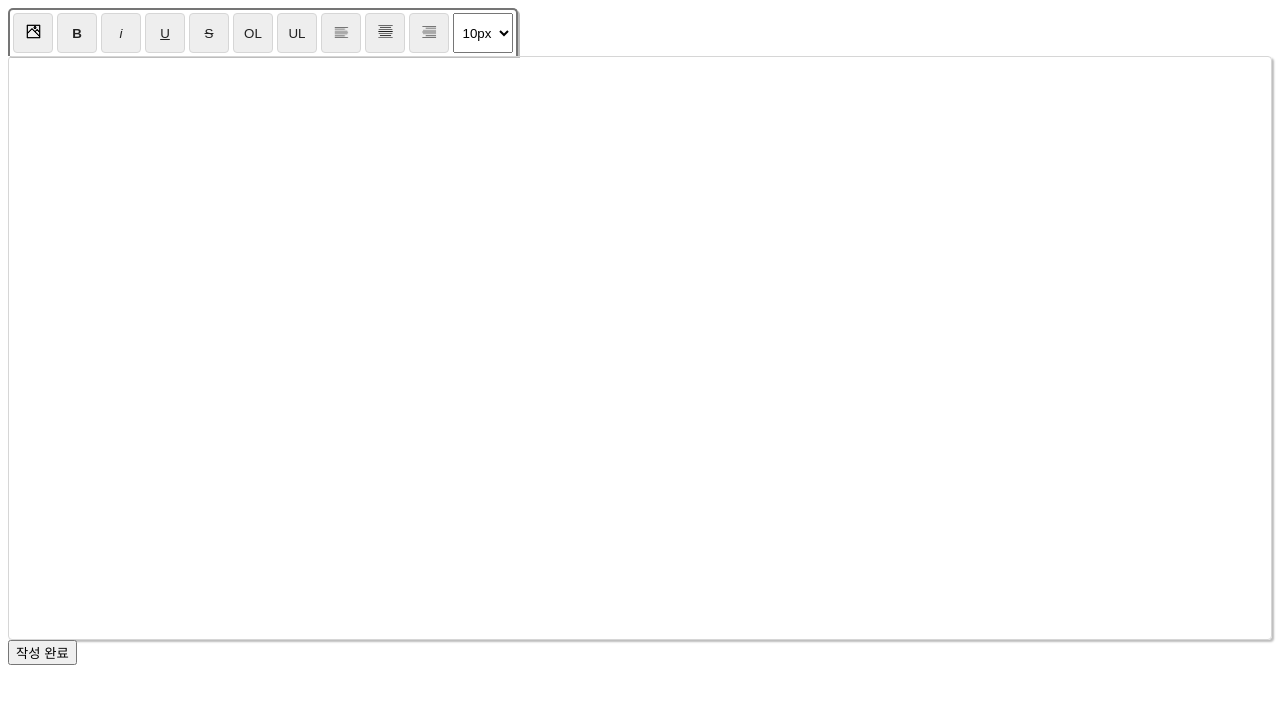
Repository: GOHO97/Haheeho
Page: http://localhost/Haheeho_Adblock/WEB-INF/views/board/boardWrite.jsp
These files come from the project's save history. The page is drawn as it stood at one moment and after the next save; the edit follows.
The browser window is 1280 px wide. The pictures show the whole page.
The page is served by Tomcat 9. Nobody is signed in. Other server files are loaded and not shown. The template is opened directly, without the code that normally fills it, so the values that code supplies are empty.

Above is the page before, as saved 2022-11-04 02:24:33.
Console error: TypeError: Cannot read properties of null (reading 'addEventListener')

### Haheeho_Adblock/src/main/webapp/WEB-INF/views/board/boardWrite.jsp
<%@ page language="java" contentType="text/html; charset=UTF-8"
    pageEncoding="UTF-8"%>
<!DOCTYPE html>
<html>
<head>
<meta charset="UTF-8">
<title>Insert title here</title>
<link rel="stylesheet" href="resources/css/boardWrite.css">
</head>
<body>
	<table id="editor-menu">
		<tr>
			<td align="center">
				<button id="btn-image">
					<img src="resources/img/images.png" id="images-img">
				</button>
				<input id="imgSelector" type="file" accept="image/*"/>
			</td>
			<td align="center">
				<button id="btn-bold">
					<b>B</b>
				</button>
			</td>
			<td align="center">
				<button id="btn-italic">
					<i>i</i>
				</button>
			</td>
			<td align="center">
				<button id="btn-underline">
					<u>U</u>
				</button>
			</td>
			<td align="center">
				<button id="btn-strike">
					<s>S</s>
				</button>
			</td>
			<td align="center">
				<button id="btn-ordered-list">
					OL
				</button>
			</td>
			<td align="center">
				<button id="btn-unordered-list">
					UL
				</button>
			</td>
			<td align="center">
				<button id="btn-align-left">
					<img src="resources/img/font_left.png" id="btn-align-left-img">
				</button>
			</td>
			<td align="center">
				<button id="btn-align-center">
					<img src="resources/img/font_center.png" id="btn-align-center-img">
				</button>
			</td>
			<td align="center">
				<button id="btn-align-right">
					<img src="resources/img/font_right.png" id="btn-align-right-img">
				</button>
			</td>
			<td>
				<select id="select-fontSize">
					<option value="1">10px</option>
					<option value="2">13px</option>
					<option value="3">16px</option>
					<option value="4">18px</option>
					<option value="5">24px</option>
					<option value="6">32px</option>
					<option value="7">48px</option>
				</select>
			</td>
		</tr>
	</table>
	<div contenteditable="true" id="boardEditor">

	</div>
	<div>
		<button>작성 완료</button>
	</div>
</body>
<script type="text/javascript" src="resources/js/boardEditor.js"></script>
<script type="text/javascript" src="resources/js/boardWrite.js"></script>
</html>

### Haheeho_Adblock/src/main/webapp/resources/css/boardWrite.css
@charset "UTF-8";

#boardEditor {
    margin-left: auto;
    margin-right: auto;
    padding: 16px 24px;
    border: 1px solid #D6D6D6;
    border-radius: 4px;
    box-shadow: 2px 2px 2px #BDBDBD;
    height: 550px;
    overflow: scroll;

}

#imgSelector{
    display: none;
}

#btn-image, #btn-bold, #btn-italic, #btn-underline, #btn-strike, #btn-ordered-list, #btn-unordered-list, #btn-align-left, #btn-align-center, #btn-align-right{
    width: 40px;
    height: 40px;
    text-align: center;
    background-color: #EEEEEE;
    border: 1px solid #D6D6D6;
    border-radius: 4px;
    color: #212121;
}

#btn-image:hover, #btn-bold:hover, #btn-italic:hover, #btn-underline:hover, #btn-strike:hover, #btn-ordered-list:hover, #btn-unordered-list:hover, #btn-align-left:hover, #btn-align-center:hover, #btn-align-right:hover{
	cursor: pointer;
}

#btn-align-left-img, #btn-align-center-img, #btn-align-right-img, #images-img{
    max-width: 15px;
}

#select-fontSize{
    width: 60px;
    height: 40px;
    text-align: center;
}

#editor-menu{
	border-top: 2px solid #757575;
	border-left: 2px solid #757575;
	border-right: 2px solid #757575;
	border-top-left-radius: 5px;
	border-top-right-radius: 5px;
	box-shadow: 2px 2px #BDBDBD;
	margin-right: 250px;
	margin-top: 8px;
}

#boardSubmitDiv{
	margin-left: 550px;
}

#boardWriteButton, #boardModifyButton, #cancelModifyButton{
	background-color: #EF5E5A;
	border: none;
	font-family: "b";
	font-size: 20px;
	color: #FFE164;
	border-bottom-left-radius: 5px;
	border-bottom-right-radius: 5px;
}

#boardWriteButton:hover, #boardModifyButton:hover, #cancelModifyButton:hover{
	cursor: pointer;
	color: #FFE16480;
}

#b_title{
	width: 830px;
	height: 30px;
	outline-style: none;
	border-radius: 4px;
	border-color: #EFEFEB;
}


/********************* boardContent **********************/

#contentTable{
	width: 95%;
	height: 95%;
	border-spacing: 0;
}

#contentTd{
	width: 90%;
	height: 550px;
}

#contentTitleTd{
	font-size: 25px;
	font-weight: 5px;
	background-color: #FFE164;
	border-top-left-radius: 5px;
	border-top-right-radius: 5px;
}

#contentUnTd{
	border-left: 2px solid #FFE164;
	border-bottom: 2px solid #FFE164;
	border-bottom-left-radius: 5px;
}

#contentDateTd{
	border-right: 2px solid #FFE164;
	border-bottom: 2px solid #FFE164;
	border-bottom-right-radius: 5px;
}

#contentDiv{
	margin-left: auto;
    margin-right: auto;
    padding: 16px 24px;
    border: 1px solid #D6D6D6;
    border-radius: 4px;
    box-shadow: 2px 2px 2px #BDBDBD;
    height: 550px;
    overflow: scroll;
}

#contentModifyButton{
	margin-left: 50px;
	background-color: #EF5E5A;
	border: none;
	font-family: "b";
	font-size: 20px;
	color: #FFE164;
	border-bottom-left-radius: 5px;
	border-bottom-right-radius: 5px;
}

#contentModifyButton:hover{
	cursor: pointer;
	color: #FFE16480;
}

#contentDeleteButton{
	margin-right: 50px;
	background-color: #EF5E5A;
	border: none;
	font-family: "b";
	font-size: 20px;
	color: #FFE164;
	border-bottom-left-radius: 5px;
	border-bottom-right-radius: 5px;
}

#contentDeleteButton:hover, #goListButton:hover{
	cursor: pointer;
	color: #FFE16480;
}

#goListButton{
	margin-left: 624px;
	margin-top: 10px;
	background-color: #EF5E5A;
	border: none;
	font-family: "b";
	font-size: 20px;
	color: #FFE164;
	border-top-left-radius: 5px;
	border-top-right-radius: 5px;
}

### Haheeho_Adblock/src/main/webapp/resources/js/boardEditor.js

const boardEditor = document.getElementById('boardEditor');
const btnBold = document.getElementById('btn-bold');
const btnItalic = document.getElementById('btn-italic');
const btnUnderline = document.getElementById('btn-underline');
const btnStrike = document.getElementById('btn-strike');
const btnOrderedList = document.getElementById('btn-ordered-list');
const btnUnorderedList = document.getElementById('btn-unordered-list');

const btnAlignLeft = document.getElementById('btn-align-left');
const btnAlignCenter = document.getElementById('btn-align-center');
const btnAlignRight = document.getElementById('btn-align-right');
const selectFontSize = document.getElementById('select-fontSize');

const btnImage = document.getElementById('btn-image');
const imageSelector = document.getElementById('imgSelector');

// 텍스트 관련 이벤트
btnBold.addEventListener('click', () => {setStyle('bold')});
btnItalic.addEventListener('click', () => {setStyle('italic')});
btnUnderline.addEventListener('click', () => {setStyle('underline')});
btnStrike.addEventListener('click', () => {setStyle('strikeThrough')});
btnOrderedList.addEventListener('click', () => {setStyle('insertOrderedList')});
btnUnorderedList.addEventListener('click', () => {setStyle('insertUnorderedList')});
btnAlignRight.addEventListener('click', () => {setAlign('justifyRight')});
btnAlignLeft.addEventListener('click', () => {setAlign('justifyLeft')});
btnAlignCenter.addEventListener('click', () => {setAlign('justifyCenter')});
selectFontSize.addEventListener('change', () => {setFontSize()});

// img 관련 이벤트
btnImage.addEventListener('click', () => {imageSelector.click()});

imageSelector.addEventListener('change', (e) => {
    const files = e.target.files;
    // !!는 [undefined, "", 0] 일 경우 결과는 false 그 외에 결과는 모두 true
    if(!!files) {
        insertImageDate(files[0]);
    }
});

function insertImageDate(file) {
    const reader = new FileReader();
    reader.addEventListener('load', (e) => {
        focusEditor();
        document.execCommand('insertImage', false, `${reader.result}`);
    });
    reader.readAsDataURL(file);
}

function setStyle(style) {
    document.execCommand(style);
    focusEditor();
}

function setAlign(align) {
    document.execCommand(align);
    focusEditor();
}

function setFontSize(){
    const size = selectFontSize.options[selectFontSize.selectedIndex].value;
    document.execCommand("fontSize", false, size);
    focusEditor();
}

function focusEditor() {
    boardEditor.focus({preventScroll: true});
}

### Haheeho_Adblock/src/main/webapp/resources/js/boardWrite.js
if (typeof writeButton == 'undefined'){
	let writeButton = null;
}

if (document.getElementById("m_username") != null){
	writeButton = document.getElementById('boardWriteButton');
	writeButton.addEventListener('click', () => {submitBoard()});
} else {
	writeButton = document.getElementById('boardModifyButton');
	writeButton.addEventListener('click', () => {modifyBoard()});
}


function submitBoard() {
	const submitNodeURL = "http://sdgn-djvemfu.tplinkdns.com:6776/board.submit"
	const b_m_id = document.getElementById('m_id').value;
	const b_m_username = document.getElementById('m_username').value;
	const b_title = document.getElementById('b_title').value;
	const b_content = document.getElementById("boardEditor").innerHTML;
	if (b_title != "" && b_content != ""){
		$.ajax({
			type: "POST",
			url: "board.write.submit",
			data: {b_m_id: b_m_id, b_m_username: b_m_username, b_title: b_title},
			success: (result) => {
				const b_number = result["b_number"];
				$.ajax({
					type: "POST",
					url: submitNodeURL,
					data: {b_number: b_number, b_content: b_content},
					success: (end) => {
						location.href= `board.show.content?b_number=${b_number}`;
					}
				});
			}
		});
	} else {
		alert("제목과 글 내용을 입력 해주세요.");
		document.getElementById('b_title').focus();
	}
}


function modifyBoard() {
	const modifyNodeURL = "http://sdgn-djvemfu.tplinkdns.com:6776/board.modify"
	const b_title = document.getElementById('b_title').value;
	const b_content = document.getElementById("boardEditor").innerHTML;
	if (b_title != "" && b_content != ""){
		$.ajax({
			type: "POST",
			url: modifyNodeURL,
			data: {b_number: sequenceNumber, b_content: b_content},
			success: (end) => {
			}
		});
		$.ajax({
			type: "POST",
			url: "board.modify.submit",
			data: {b_number: sequenceNumber, b_title: b_title},
			success: (result) => {
				location.href= `board.show.content?b_number=${sequenceNumber}`;
				alert(result["result"]);
			}
		});
	} else {
		alert("제목과 글 내용을 입력 해주세요.");
		document.getElementById('b_title').focus();
	}
}

After the next save:
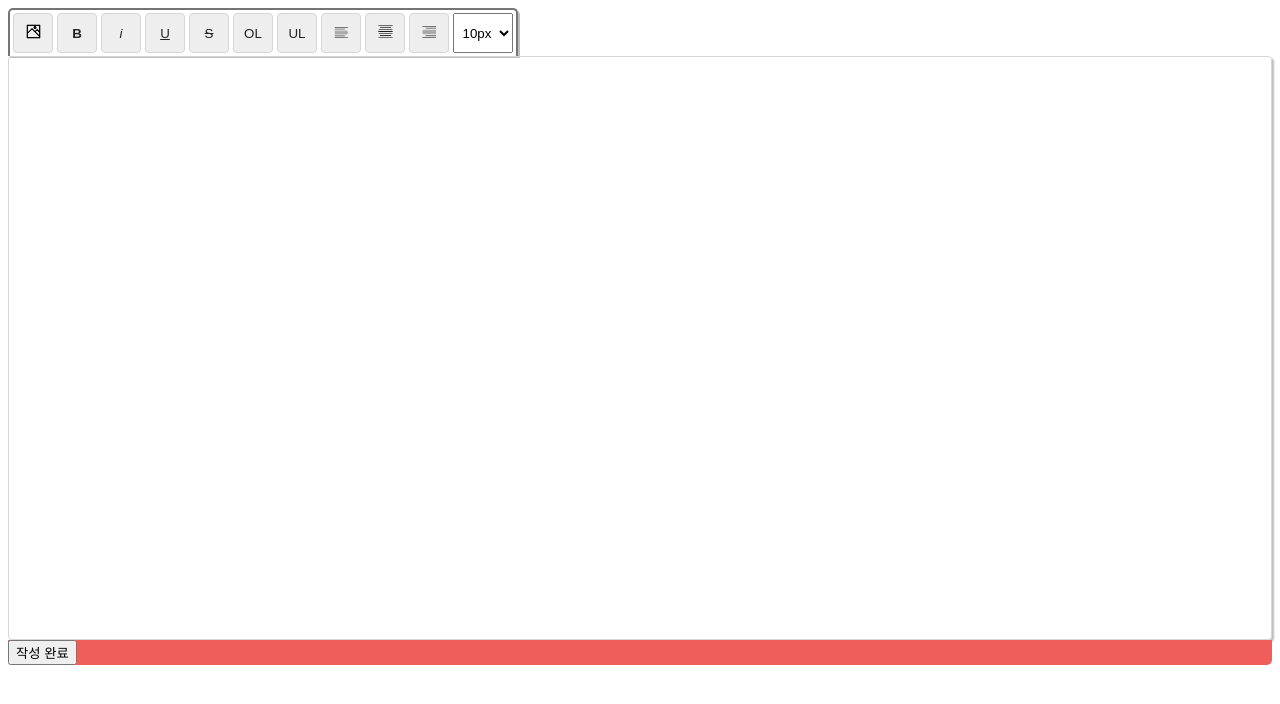
Saved 2 min 26 s later.
--- a/Haheeho_Adblock/src/main/webapp/WEB-INF/views/board/boardWrite.jsp
+++ b/Haheeho_Adblock/src/main/webapp/WEB-INF/views/board/boardWrite.jsp
@@ -77,7 +77,7 @@
 	<div contenteditable="true" id="boardEditor">
 
 	</div>
-	<div>
+	<div id="boardWriteButton">
 		<button>작성 완료</button>
 	</div>
 </body>
